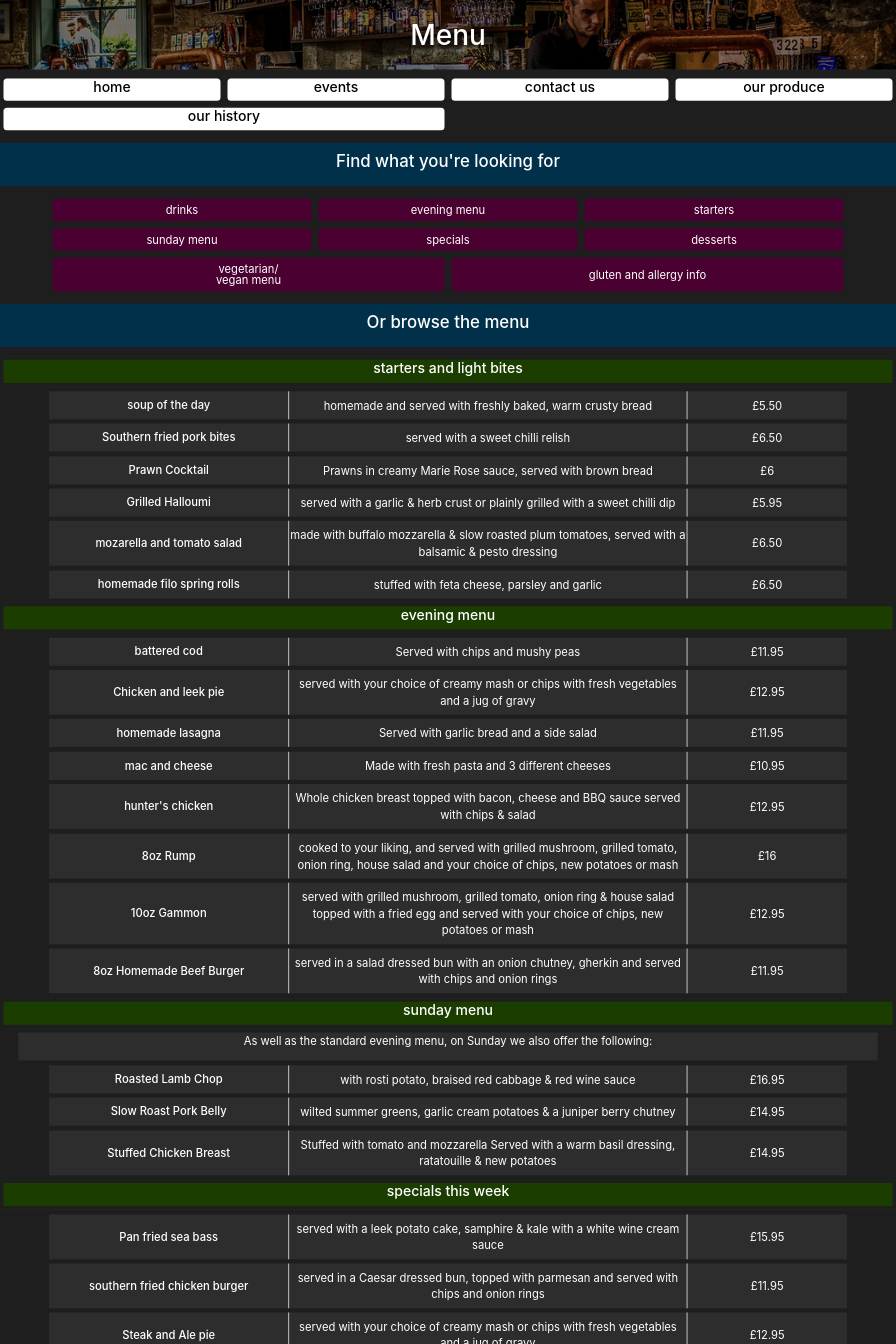
Repository: Code-Institute-Submissions/JamesLStudent-Milestone_One
Page: menu.html
The author's editor kept a record of every edit. The page is drawn from the files as they stood at one moment, then again after the next edit.
The browser window is 1280 px wide. The pictures show the part of the page from y = 0 to 1920 px (the page is 3197 px tall), at 70% of full size.

Above is the page before.
Console error: TypeError: Cannot read properties of undefined (reading 'fn')

### menu.html
<!DOCTYPE html>
<html lang="en">

<head>
    <meta charset="UTF-8">
    <meta name="viewport" content="width=device-width, initial-scale=1.0">
    <meta http-equiv="X-UA-Compatible" content="ie=edge">
    <title>Old Inn - Menu</title>
    <link href="Assets/main.css" rel="stylesheet" type="text/css" />
    <link rel="stylesheet" href="https://stackpath.bootstrapcdn.com/bootstrap/4.3.1/css/bootstrap.min.css" integrity="sha384-ggOyR0iXCbMQv3Xipma34MD+dH/1fQ784/j6cY/iJTQUOhcWr7x9JvoRxT2MZw1T" crossorigin="anonymous">
    <script src="https://stackpath.bootstrapcdn.com/bootstrap/4.3.1/js/bootstrap.min.js" integrity="sha384-JjSmVgyd0p3pXB1rRibZUAYoIIy6OrQ6VrjIEaFf/nJGzIxFDsf4x0xIM+B07jRM" crossorigin="anonymous"></script>
</head>

<body class="bg">
    <div class="menu-h1-background">
        <h1>Menu</h1>
    </div>

    <div class="dropdown-vis">
        <input id="check01" type="checkbox" name="menu" />
        <label class="black-text navigation-menu" for="check01"><h5>more info</h5></label>
        <ul class="submenu">
            <li>
                <a href="index.html">
                    <div class="col-6 col-md-12 col-lg-3 navigation-item black-text">
                        <h5>home</h5>
                    </div>
                </a>
                <a href="events.html">
                    <div class="col-6 col-md-12 col-lg-3 navigation-item black-text">
                        <h5>events</h5>
                    </div>
                </a>
                <a href="contacts.html">
                    <div class="col-12 col-md-12 col-lg-3 navigation-item black-text">
                        <h5>contact us</h5>
                    </div>
                </a>
                <a href="produce.html">
                    <div class="col-12 col-md-12 col-lg-3 navigation-item black-text">
                        <h5>our produce</h5>
                    </div>
                </a>
                <a href="history.html">
                    <div class="col-12 col-md-12 col-lg-3 navigation-item black-text">
                        <h5>our history</h5>
                    </div>
                </a>
            </li>
        </ul>
    </div>
    <div class="desktop-nav">
        <a href="index.html">
            <div class="col-6 col-md-12 col-lg-3 navigation-item black-text">
                <h5>home</h5>
            </div>
        </a>
        <a href="events.html">
            <div class="col-6 col-md-12 col-lg-3 navigation-item black-text">
                <h5>events</h5>
            </div>
        </a>
        <a href="contacts.html">
            <div class="col-12 col-md-12 col-lg-3 navigation-item black-text">
                <h5>contact us</h5>
            </div>
        </a>
        <a href="produce.html">
            <div class="col-12 col-md-12 col-lg-3 navigation-item black-text">
                <h5>our produce</h5>
            </div>
        </a>
        <a href="history.html">
            <div class="col-12 col-md-12 col-lg-6 navigation-item black-text">
                <h5>our history</h5>
            </div>
        </a>
    </div>
    <div class="centerer">
        <div class="subtitle">
            <h4>Find what you're looking for</h4>
        </div>
        <div class="spacer"></div>
        <div class="container">
            <div class="row">
                <a href="#drinks" class="small-link col-4">
                    <p class="vert-align">drinks</p>
                </a>
                <a href="#evening" class="small-link col-4">
                    <p class="vert-align">evening menu</p>
                </a>
                <a href="#starters" class="small-link col-4">
                    <p class="vert-align">starters</p>
                </a>
                <a href="#sunday" class="small-link col-4">
                    <p class="vert-align">sunday menu</p>
                </a>
                <a href="#specials" class="small-link col-4">
                    <p class="vert-align">specials</p>
                </a>
                <a href="#desserts" class="small-link col-4">
                    <p class="vert-align">desserts</p>
                </a>
                <a href="#vegan" class="small-link col-6">
                    <p class="vert-align">vegetarian/<br>vegan menu</p>
                </a>
                <a href="#gluten" class="small-link col-6">
                    <p class="vert-align">gluten and allergy info</p>
                </a>
            </div>
        </div>
        <div class="subtitle">
            <h4>Or browse the menu</h4>
        </div>
        <div class="spacer"></div>
        <div class="sub-box">
            <h5 id="starters">starters and light bites</h5>
        </div>
        <div class="alt-link container">
            <div class="row">
                <span class="food">
                    <h6 class="vert-align">
                        soup of the day
                    </h6>
                </span>
                <span class="food-desc ">
                    <p class="vert-align">
                        homemade and served with freshly baked, warm crusty bread
                    </p>
                </span>
                <span class="food-cost">
                    <p class="vert-align">
                        £5.50
                    </p>
                </span>
            </div>
        </div>
        <div class="alt-link container">
            <div class="row">
                <span class="food">
                    <h6 class="vert-align">
                        Southern fried pork bites
                    </h6>
                </span>
                <span class="food-desc">
                    <p class="vert-align">
                        served with a sweet chilli relish
                    </p>
                </span>
                <span class="food-cost">
                    <p class="vert-align">£6.50</p>
                </span>
            </div>
        </div>
        <div class="alt-link container">
            <div class="row">
                <span class="food">
                    <h6 class="vert-align">Prawn Cocktail</h6>
                </span>
                <span class="food-desc">
                    <p class="vert-align">Prawns in creamy Marie Rose sauce, served with brown bread</p>
                </span>
                <span class="food-cost">
                    <p class="vert-align">£6</p>
                </span>
            </div>
        </div>
        <div class="alt-link container">
            <div class="row">
                <span class="food">
                    <h6 class="vert-align">Grilled Halloumi</h6>
                </span>
                <span class="food-desc">
                    <p class="vert-align">served with a garlic & herb crust or plainly grilled with a sweet chilli dip</p>
                </span>
                <span class="food-cost">
                    <p class="vert-align">£5.95</p>
                </span>
            </div>
        </div>
        <div class="alt-link container">
            <div class="row">
                <span class="food">
                    <h6 class="vert-align">mozarella and tomato salad</h6>
                </span>
                <span class="food-desc">
                    <p class="vert-align">made with buffalo mozzarella & slow roasted plum tomatoes, served with a balsamic & pesto dressing</p>
                </span>
                <span class="food-cost">
                    <p class="vert-align">£6.50</p>
                </span>
            </div>
        </div>
        <div class="alt-link container">
            <div class="row">
                <span class="food">
                    <h6 class="vert-align">homemade filo spring rolls</h6>
                </span>
                <span class="food-desc">
                    <p class="vert-align">stuffed with feta cheese, parsley and garlic</p>
                </span>
                <span class="food-cost">
                    <p class="vert-align">£6.50</p>
                </span>
            </div>
        </div>
        <div class="sub-box">
            <h5 id="evening">evening menu</h5>
        </div>
        <div class="alt-link container">
            <div class="row">
                <span class="food">
                    <h6 class="vert-align">battered cod</h6>
                </span>
                <span class="food-desc">
                    <p class="vert-align">Served with chips and mushy peas</p>
                </span>
                <span class="food-cost">
                    <p class="vert-align">£11.95</p>
                </span>
            </div>
        </div>
        <div class="alt-link container">
            <div class="row">
                <span class="food">
                    <h6 class="vert-align">Chicken and leek pie</h6>
                </span>
                <span class="food-desc">
                    <p class="vert-align">served with your choice of creamy mash or chips with fresh vegetables and a jug of gravy</p>
                </span>
                <span class="food-cost">
                    <p class="vert-align">£12.95</p>
                </span>
            </div>
        </div>
        <div class="alt-link container">
            <div class="row">
                <span class="food">
                    <h6 class="vert-align">homemade lasagna</h6>
                </span>
                <span class="food-desc">
                    <p class="vert-align">Served with garlic bread and a side salad</p>
                </span>
                <span class="food-cost">
                    <p class="vert-align">£11.95</p>
                </span>
            </div>
        </div>
        <div class="alt-link container">
            <div class="row">
                <span class="food">
                    <h6 class="vert-align">mac and cheese</h6>
                </span>
                <span class="food-desc">
                    <p class="vert-align">Made with fresh pasta and 3 different cheeses</p>
                </span>
                <span class="food-cost">
                    <p class="vert-align">£10.95</p>
                </span>
            </div>
        </div>
        <div class="alt-link container">
            <div class="row">
                <span class="food">
                    <h6 class="vert-align">hunter's chicken</h6>
                </span>
                <span class="food-desc">
                    <p class="vert-align">Whole chicken breast topped with bacon, cheese and BBQ sauce served with chips & salad</p>
                </span>
                <span class="food-cost">
                    <p class="vert-align">£12.95</p>
                </span>
            </div>
        </div>
        <div class="alt-link container">
            <div class="row">
                <span class="food">
                    <h6 class="vert-align">8oz Rump</h6>
                </span>
                <span class="food-desc">
                    <p class="vert-align">cooked to your liking, and served with grilled mushroom, grilled tomato, onion ring, house salad and your choice of chips, new potatoes or mash</p>
                </span>
                <span class="food-cost">
                    <p class="vert-align">£16</p>
                </span>
            </div>
        </div>
        <div class="alt-link container">
            <div class="row">
                <span class="food">
                    <h6 class="vert-align">10oz Gammon</h6>
                </span>
                <span class="food-desc">
                    <p class="vert-align">served with grilled mushroom, grilled tomato, onion ring & house salad topped with a fried egg and served with your choice of chips, new potatoes or mash </p>
                </span>
                <span class="food-cost">
                    <p class="vert-align">£12.95</p>
                </span>
            </div>
        </div>
        <div class="alt-link container">
            <div class="row">
                <span class="food">
                    <h6 class="vert-align">8oz Homemade Beef Burger</h6>
                </span>
                <span class="food-desc">
                    <p class="vert-align">served in a salad dressed bun with an onion chutney, gherkin and served with chips and onion rings</p>
                </span>
                <span class="food-cost">
                    <p class="vert-align">£11.95</p>
                </span>
            </div>
        </div>
        <div class="sub-box">
            <h5 id="sunday">sunday menu</h5>
        </div>
        <div class="alt-link">
            <p>As well as the standard evening menu, on Sunday we also offer the following:</p>
        </div>
        <div class="alt-link container">
            <div class="row">
                <span class="food">
                    <h6 class="vert-align">Roasted Lamb Chop</h6>
                </span>
                <span class="food-desc">
                    <p class="vert-align">with rosti potato, braised red cabbage & red wine sauce</p>
                </span>
                <span class="food-cost">
                    <p class="vert-align">£16.95</p>
                </span>
            </div>
        </div>
        <div class="alt-link container">
            <div class="row">
                <span class="food">
                    <h6 class="vert-align">Slow Roast Pork Belly</h6>
                </span>
                <span class="food-desc">
                    <p class="vert-align">wilted summer greens, garlic cream potatoes & a juniper berry chutney</p>
                </span>
                <span class="food-cost">
                    <p class="vert-align">£14.95</p>
                </span>
            </div>
        </div>
        <div class="alt-link container">
            <div class="row">
                <span class="food">
                    <h6 class="vert-align">Stuffed Chicken Breast</h6>
                </span>
                <span class="food-desc">
                    <p class="vert-align">Stuffed with tomato and mozzarella Served with a warm basil dressing, ratatouille & new potatoes</p>
                </span>
                <span class="food-cost">
                    <p class="vert-align">£14.95</p>
                </span>
            </div>
        </div>
        <div class="sub-box">
            <h5 id="specials">specials this week</h5>
        </div>
        <div class="alt-link container">
            <div class="row">
                <span class="food">
                    <h6 class="vert-align">Pan fried sea bass</h6>
                </span>
                <span class="food-desc">
                    <p class="vert-align">served with a leek potato cake, samphire & kale with a white wine cream sauce</p>
                </span>
                <span class="food-cost">
                    <p class="vert-align">£15.95</p>
                </span>
            </div>
        </div>
        <div class="alt-link container">
            <div class="row">
                <span class="food">
                    <h6 class="vert-align">southern fried chicken burger</h6>
                </span>
                <span class="food-desc">
                    <p class="vert-align">served in a Caesar dressed bun, topped with parmesan and served with chips and onion rings</p>
                </span>
                <span class="food-cost">
                    <p class="vert-align">£11.95</p>
                </span>
            </div>
        </div>
        <div class="alt-link container">
            <div class="row">
                <span class="food">
                    <h6 class="vert-align">Steak and Ale pie</h6>
                </span>
                <span class="food-desc">
                    <p class="vert-align">served with your choice of creamy mash or chips with fresh vegetables and a jug of gravy</p>
                </span>
                <span class="food-cost">
                    <p class="vert-align">£12.95</p>
                </span>
            </div>
        </div>
        <div class="sub-box">
            <h5 id="desserts">desserts</h5>
        </div>
        <div class="alt-link container">
            <div class="row">
                <span class="food">
                    <h6 class="vert-align">lemon cheesecake</h6>
                </span>
                <span class="food-desc ">
                    <p class="vert-align">made in-house with fresh lemon and served with either cream or ice cream</p>
                </span>
                <span class="food-cost">
                    <p class="vert-align">£5.50</p>
                </span>
            </div>
        </div>
        <div class="alt-link container">
            <div class="row">
                <span class="food">
                    <h6 class="vert-align">hot chocolate fudgecake</h6>
                </span>
                <span class="food-desc">
                    <p class="vert-align">with chocolate sauce melted chocolate fudge, served with ice cream or cream</p>
                </span>
                <span class="food-cost">
                    <p class="vert-align">£6</p>
                </span>
            </div>
        </div>
        <div class="alt-link container">
            <div class="row">
                <span class="food">
                    <h6 class="vert-align">raspberry pavlova</h6>
                </span>
                <span class="food-desc">
                    <p class="vert-align">with chewy meringue and sweet raspberries and cream</p>
                </span>
                <span class="food-cost">
                    <p class="vert-align">£5.50</p>
                </span>
            </div>
        </div>
        <div class="sub-box">
            <h5 id="vegan">vegan and vegetarian options</h5>
        </div>
        <div class="alt-link container">
            <div class="row">
                <span class="food">
                    <h6 class="vert-align">vegetable chilli</h6>
                </span>
                <span class="food-desc ">
                    <p class="vert-align">made with roast vegetables with a sauce made in-house and served with fluffy rice. sour cream available for vegetarians</p>
                </span>
                <span class="food-cost">
                    <p class="vert-align">£9.50</p>
                </span>
            </div>
        </div>
        <div class="alt-link container">
            <div class="row">
                <span class="food">
                    <h6 class="vert-align">asparagus and lemon spaghetti</h6>
                </span>
                <span class="food-desc">
                    <p class="vert-align">made with fresh ingredients and served in a creamy vegan sauce</p>
                </span>
                <span class="food-cost">
                    <p class="vert-align">£9</p>
                </span>
            </div>
        </div>
        <div class="alt-link container">
            <div class="row">
                <span class="food">
                    <h6 class="vert-align">pizza margherita</h6>
                </span>
                <span class="food-desc">
                    <p class="vert-align">made with vegan mozzarella and homemade tomato sauce on a crispy pizza base</p>
                </span>
                <span class="food-cost">
                    <p class="vert-align">£11.50</p>
                </span>
            </div>
        </div>
        <div class="sub-box">
            <h5 id="drinks">drinks</h5>
        </div>
        <div class="alt-link container">
            <div class="row">
                <span class="food">
                    <h6 class="vert-align">Punk IPA</h6>
                </span>
                <span class="food-desc">
                    <p class="vert-align">Light gold in colour, a perfect match for spicy food or an excellent compliment to a blue cheese</p>
                </span>
                <span class="food-cost">
                    <p class="vert-align">£7</p>
                </span>
            </div>
        </div>
        <div class="alt-link container">
            <div class="row">
                <span class="food">
                    <h6 class="vert-align">Doombar bitter</h6>
                </span>
                <span class="food-desc">
                    <p class="vert-align">A creamy, nutty malt with a dry finish</p>
                </span>
                <span class="food-cost">
                    <p class="vert-align">£6</p>
                </span>
            </div>
        </div>
        <div class="alt-link container">
            <div class="row">
                <span class="food">
                    <h6 class="vert-align">Gem amber ale</h6>
                </span>
                <span class="food-desc">
                    <p class="vert-align">A creamy, nutty malt with a dry finish</p>
                </span>
                <span class="food-cost">
                    <p class="vert-align">£6.50</p>
                </span>
            </div>
        </div>
        <div class="sub-box">
            <h5 id="gluten">gluten and allergy information</h5>
        </div>
        <div class="alt-link">
            <p>our recipes are subject to regular change because we constantly strive to improve. unfortunately, this means we can't always be certain about which foods have gluten or allergens - if you're unsure, ask us in-house, and we'll do our best to
                help you out.</p>
        </div>
        <div class="spacer"></div>
        <footer>
            <div class="footer">
                <div class="col-12 footer-div text-muted">
                    <h5>contact</h5>
                </div>
                <div class="col-12 col-md-6 col-lg-8 left footer-div text-muted left-align">
                    <h6>opening times</h6>
                    <p class="left-align">
                        </br>
                        Mon - Thu: 11:00 - 23:00</br>
                        Fri - Sat: 11:00 - 00:00</br>
                        Sun: 12:00 - 22:30</br>
                        </br>
                    </p>
                    <h6>food served</h6>
                    <p class="left-align">
                        </br>
                        Mon - Fri: 12:00 - 14:30, 17:00 - 21:00</br>
                        Sat: 12:00 - 21:00</br>
                        Sun: 12:00 - 15:00, 17:30 - 20:00</p>
                </div>
                <div class="col-12 col-md-6 col-lg-4 left footer-div text-muted left-align">
                    <h6>contact details</h6>
                    <p class="left-align">
                        </br>Fake Street, Coalpit Heath, Bristol, FA73 0NE</br>01454 123456</br>
                        info@oldinncoalpitheath.co.uk</p>
                    <h6>
                        </br>follow us</h6>
                    <p>
                        </br>facebook link</p>
                </div>
            </div>
        </footer>
    </div>
</body>

</html>

Loaded but not shown: Assets/main.css (452 lines, source omitted)

After the next edit:
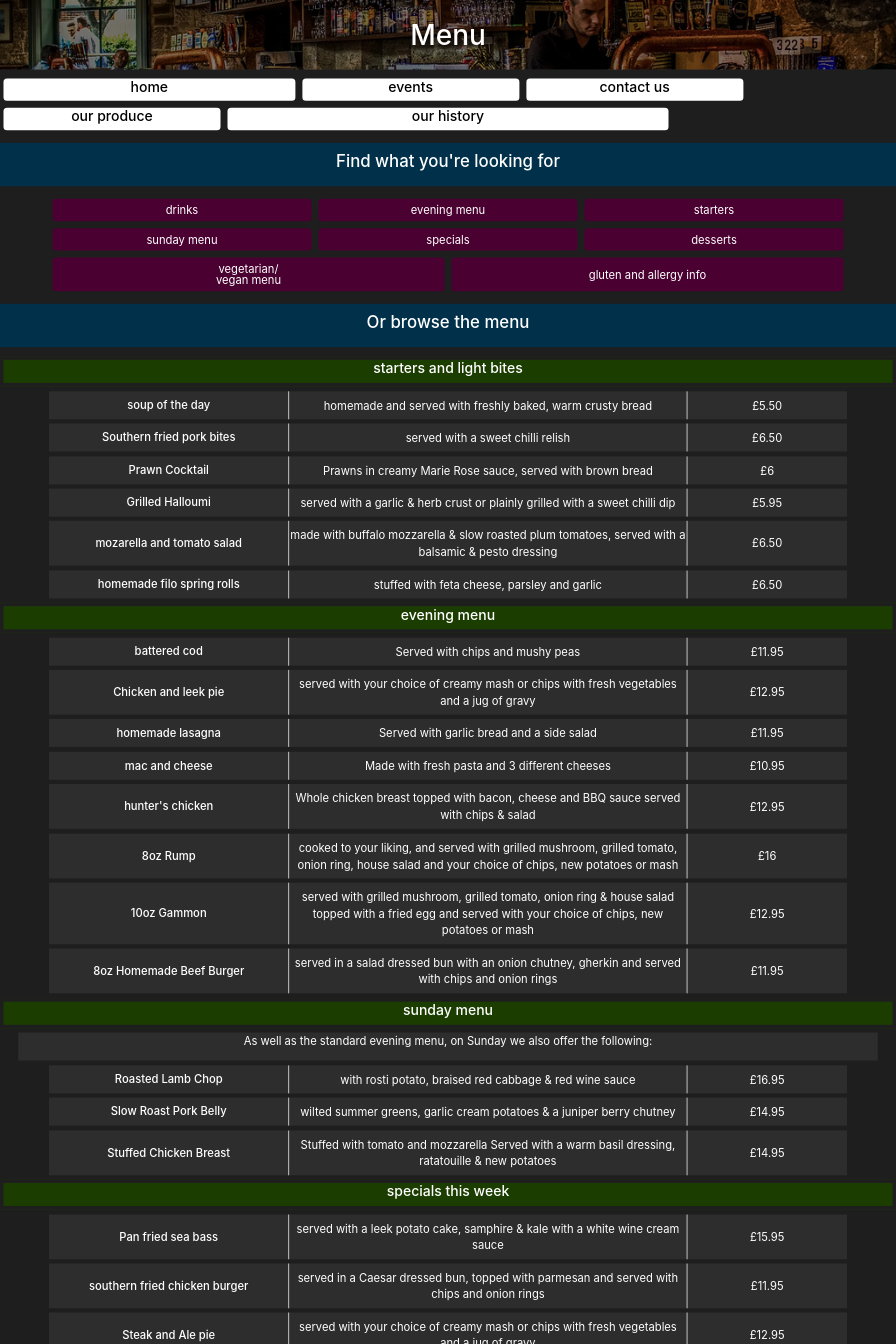
The edit:
--- a/menu.html
+++ b/menu.html
@@ -51,7 +51,7 @@
     </div>
     <div class="desktop-nav">
         <a href="index.html">
-            <div class="col-6 col-md-12 col-lg-3 navigation-item black-text">
+            <div class="col-6 col-md-12 col-lg-4 navigation-item black-text">
                 <h5>home</h5>
             </div>
         </a>
